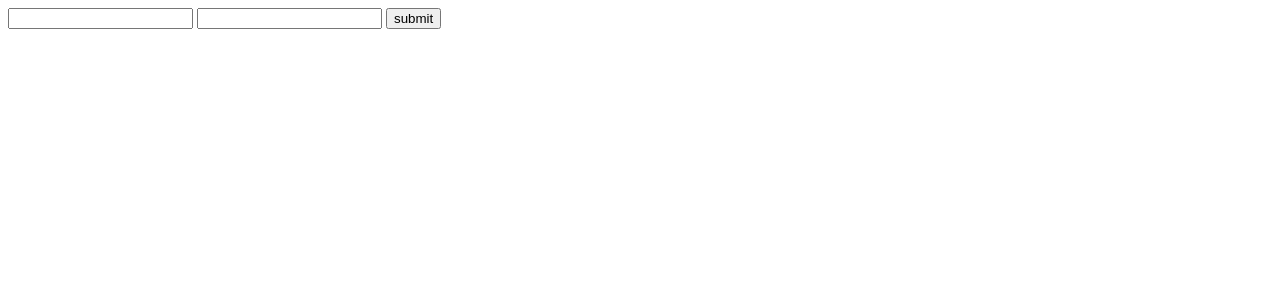
Repository: Kamrangujjar85112/Javascript-Vanilla-Projects
Page: index.html
These files come from the project's save history. The page is drawn as it stood at one moment and after the next save; the edit follows.
The browser window is 1280 px wide. The pictures show the whole page.

Above is the page before, as saved 2022-01-20 22:48:12.

### index.html
<!DOCTYPE html>
<html lang="en">
<head>
    <meta charset="UTF-8">
    <meta name="viewport" content="width=device-width, initial-scale=1.0">
    <title>Tutorial</title>
    <style>
        .blue{
            background-color: blue;
            color: white;
            text-transform: capitalize;
            font-size: 2rem;
        }
        .red{
            background-color: red;
            color: white;
            text-transform:capitalize;
            font-size: 2rem;
        }
        .btn{
            background-color: red;
            color: white;
            font-size: 1.2rem;
            border: none;
        }
        /* a{
            display: inline-block;
            margin-top: 100vh;

        } */
    </style>
</head>
<body>
    <form action="" id = "form">
        <input type="text" id = "name">
        <input type="password" id = "password">
        <input type="submit" value = "submit">
    </form>
    <!-- script-tag -->

    <script src="app.js"></script>
</body>
</html>

Loaded but not shown: app.js (1009 lines, source omitted)

After the next save:
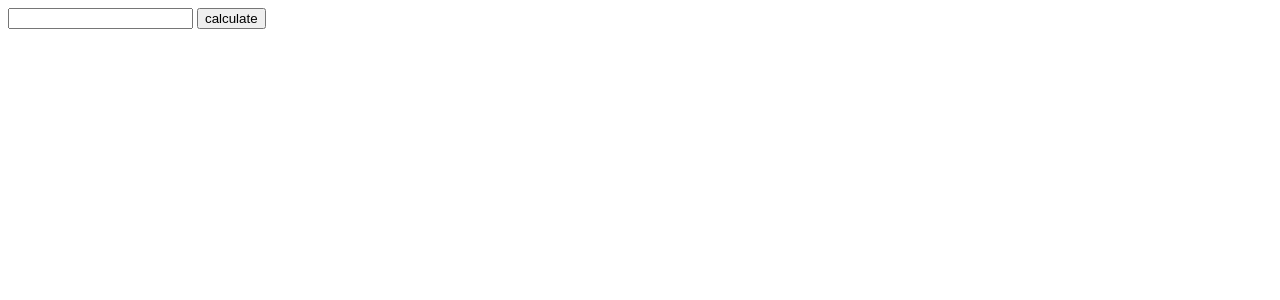
Console error: TypeError: Cannot read properties of null (reading 'addEventListener')
Saved 113 s later.
--- a/index.html
+++ b/index.html
@@ -31,10 +31,10 @@
     </style>
 </head>
 <body>
-    <form action="" id = "form">
-        <input type="text" id = "name">
-        <input type="password" id = "password">
-        <input type="submit" value = "submit">
+
+        <input type="number" id = "number">
+        <button>calculate</button>
+
     </form>
     <!-- script-tag -->
 
